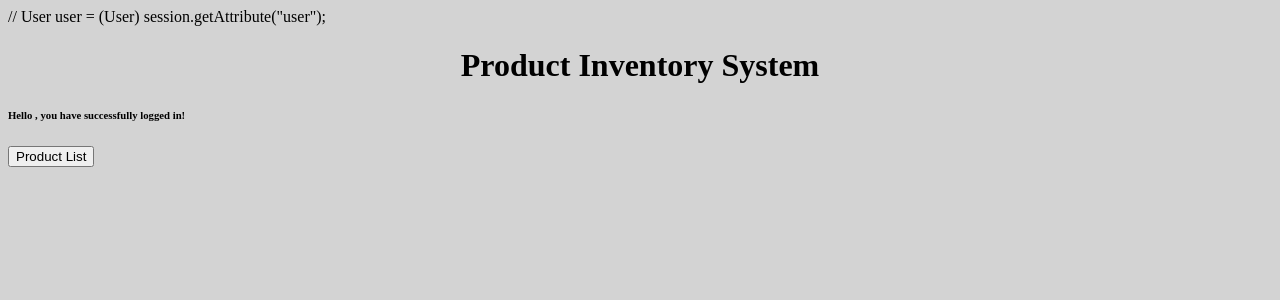
Repository: danalenvargas/TrainingWorkspace
Page: http://localhost/CaseStudyDraft/home.jsp
These files come from the project's save history. The page is drawn as it stood at one moment and after the next save; the edit follows.
The browser window is 1280 px wide. The pictures show the whole page.
The page is served by Tomcat 9.

Above is the page before, as saved 2018-08-26 15:32:00.

After the next save:
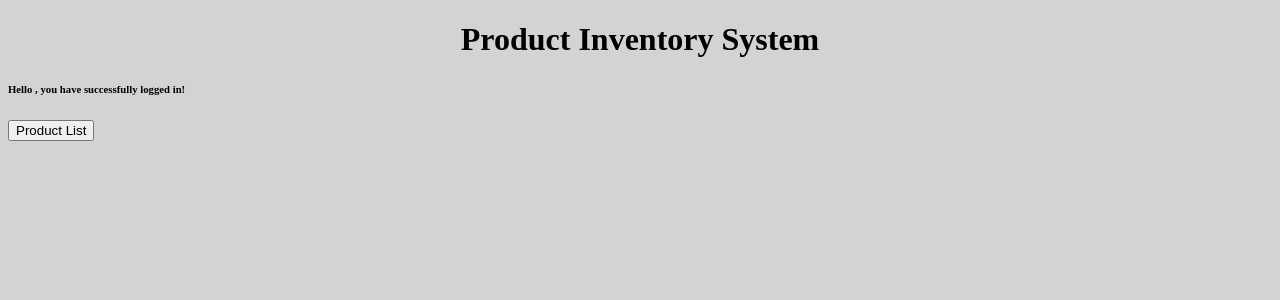
Saved 15 s later.
--- a/CaseStudyDraft/WebContent/home.jsp
+++ b/CaseStudyDraft/WebContent/home.jsp
@@ -13,7 +13,7 @@
 		}
 	</style>
 <%-- 	<% --%>
-// 		User user = (User) session.getAttribute("user");
+<%-- 		User user = (User) session.getAttribute("user");
 <%-- 	%> --%>
 </head>
 <body>
